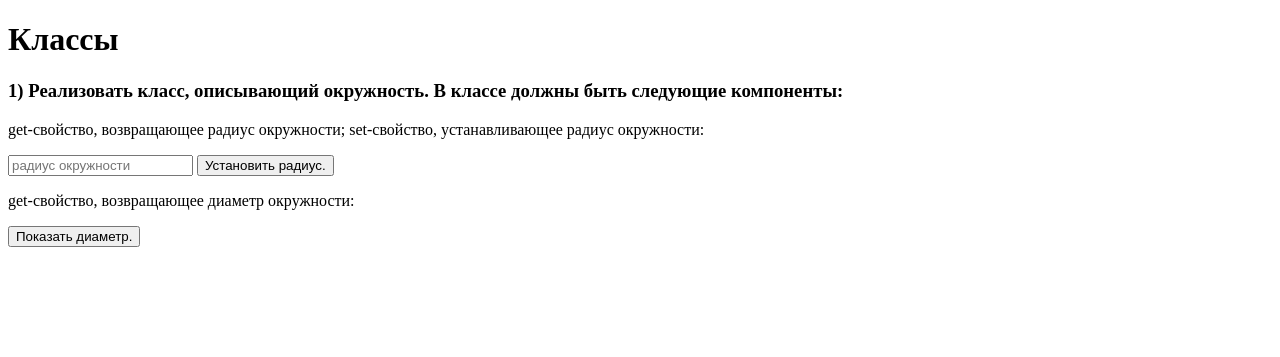
Repository: NastyaGavrilova/Beetroot-js
Page: HW6/index.html
The author's editor kept a copy of each file at every save. The page is drawn from the files as they stood at one save, then again after the next save.
The browser window is 1280 px wide. The pictures show the whole page.

Above is the page before, as saved 2021-10-24 17:42:52.
Console error: TypeError: Cannot read properties of null (reading 'addEventListener')

### HW6/index.html
<!DOCTYPE html>
<html lang="en">
  <head>
    <meta charset="UTF-8" />
    <meta http-equiv="X-UA-Compatible" content="IE=edge" />
    <meta name="viewport" content="width=device-width, initial-scale=1.0" />
    <title>Classes</title>
  </head>
  <body>
    <h1>Классы</h1>
    <section class="c-task1">
      <div class="c-task1__wrapper">
        <div class="c-task1__title">
          <h3 class="e-title">
            1) Реализовать класс, описывающий окружность. В классе должны быть
            следующие компоненты:
          </h3>
        </div>
        <div class="-task1__paragraph">
          <p class="e-paragraph">
            get-свойство, возвращающее радиус окружности; set-свойство,
            устанавливающее радиус окружности:
            <span id="js-task1-span1"></span>
          </p>
        </div>
        <form action="#" class="c-task1__form" method="get">
          <div class="c-form__wrapper">
            <input
              type="number"
              id="js-task1-input1"
              placeholder="радиус окружности"
            />
            <button id="js-task1-btn1">Установить радиус.</button>
          </div>
        </form>
        <div class="-task1__paragraph">
          <p class="e-paragraph">
            get-свойство, возвращающее диаметр окружности:
            <span id="js-task1-span2"></span>
          </p>
        </div>
        <button id="js-task1-btn2">Показать диаметр.</button>
      </div>
    </section>

    <script src="./js/circle.js"></script>
  </body>
</html>

### HW6/js/circle.js
class Circle {
  constructor(radius) {
    this.radius = radius;
  }

  get showRadius() {
    return `Радиус = ${this.radius}`;
  }

  set showRadius(newValue) {
    this.radius = newValue;
  }

  get showDiametr() {
    return this.radius * 2;
  }

  areaCircle(spanEl) {
    let square = Math.PI * Math.pow(this.radius, 2);
    return (spanEl.innerHTML = `Площадь круга = ${square}`);
  }
  lengthCircle(spanEl) {
    let lenCircle = 2 * Math.PI * this.radius;
    return (spanEl.innerHTML = `Длина окружности = ${lenCircle}`);
  }
}
let circle = new Circle(5);
// console.log(circle.showRadius);
// console.log(circle.showDiametr);
// console.log(circle.areaCircle().toFixed(2));
// console.log(circle.circumference().toFixed(2));

let getRadius = document.getElementById("js-task1-btn1");
getRadius.addEventListener("click", (e) => {
  e.preventDefault();
  let result = document.getElementById("js-task1-span1");
  let setR = document.getElementById("js-task1-input1");
  circle.showRadius = +setR.value;
  return (result.innerHTML = circle.showRadius);
});

let setRadius = document.getElementById("js-task1-btn2");
setRadius.addEventListener("click", (e) => {
  e.preventDefault();
  let result = document.getElementById("js-task1-span2");
  let setR = document.getElementById("js-task1-input1");
  circle.showRadius = +setR.value;
  return (result.innerHTML = circle.showRadius);
});

let getDiametr = document.getElementById("js-task1-btn3");
getDiametr.addEventListener("click", () => {
  let result = document.getElementById("js-task1-span3");
  let setR = document.getElementById("js-task1-input1");
  console.log(circle.getDiametr);
  circle.showRadius = +setR.value;
  return (result.innerHTML = circle.getDiametr);
});

After the next save:
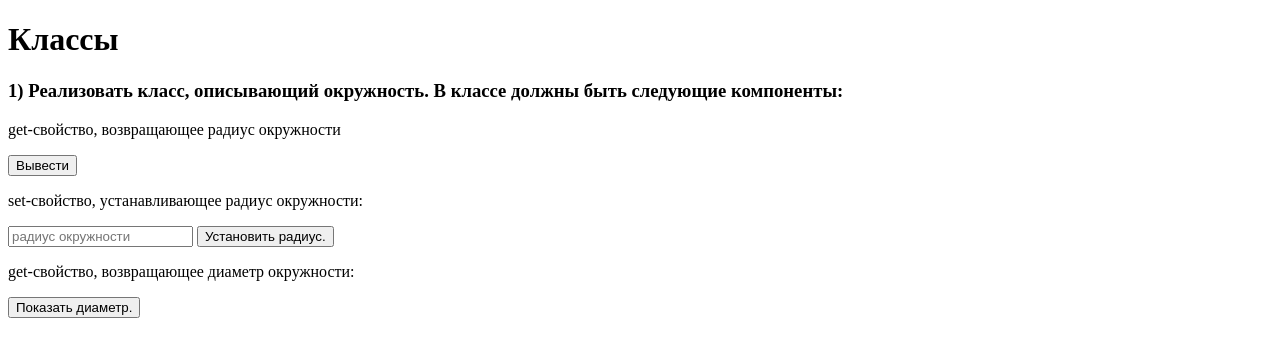
The error is gone.
Saved 9 s later.
--- a/HW6/index.html
+++ b/HW6/index.html
@@ -18,9 +18,15 @@
         </div>
         <div class="-task1__paragraph">
           <p class="e-paragraph">
-            get-свойство, возвращающее радиус окружности; set-свойство,
-            устанавливающее радиус окружности:
+            get-свойство, возвращающее радиус окружности
             <span id="js-task1-span1"></span>
+          </p>
+        </div>
+        <button id="js-task1-btn1">Вывести</button>
+        <div class="-task1__paragraph">
+          <p class="e-paragraph">
+            set-свойство, устанавливающее радиус окружности:
+            <span id="js-task1-span2"></span>
           </p>
         </div>
         <form action="#" class="c-task1__form" method="get">
@@ -30,16 +36,16 @@
               id="js-task1-input1"
               placeholder="радиус окружности"
             />
-            <button id="js-task1-btn1">Установить радиус.</button>
+            <button id="js-task1-btn2">Установить радиус.</button>
           </div>
         </form>
         <div class="-task1__paragraph">
           <p class="e-paragraph">
             get-свойство, возвращающее диаметр окружности:
-            <span id="js-task1-span2"></span>
+            <span id="js-task1-span3"></span>
           </p>
         </div>
-        <button id="js-task1-btn2">Показать диаметр.</button>
+        <button id="js-task1-btn3">Показать диаметр.</button>
       </div>
     </section>
 
